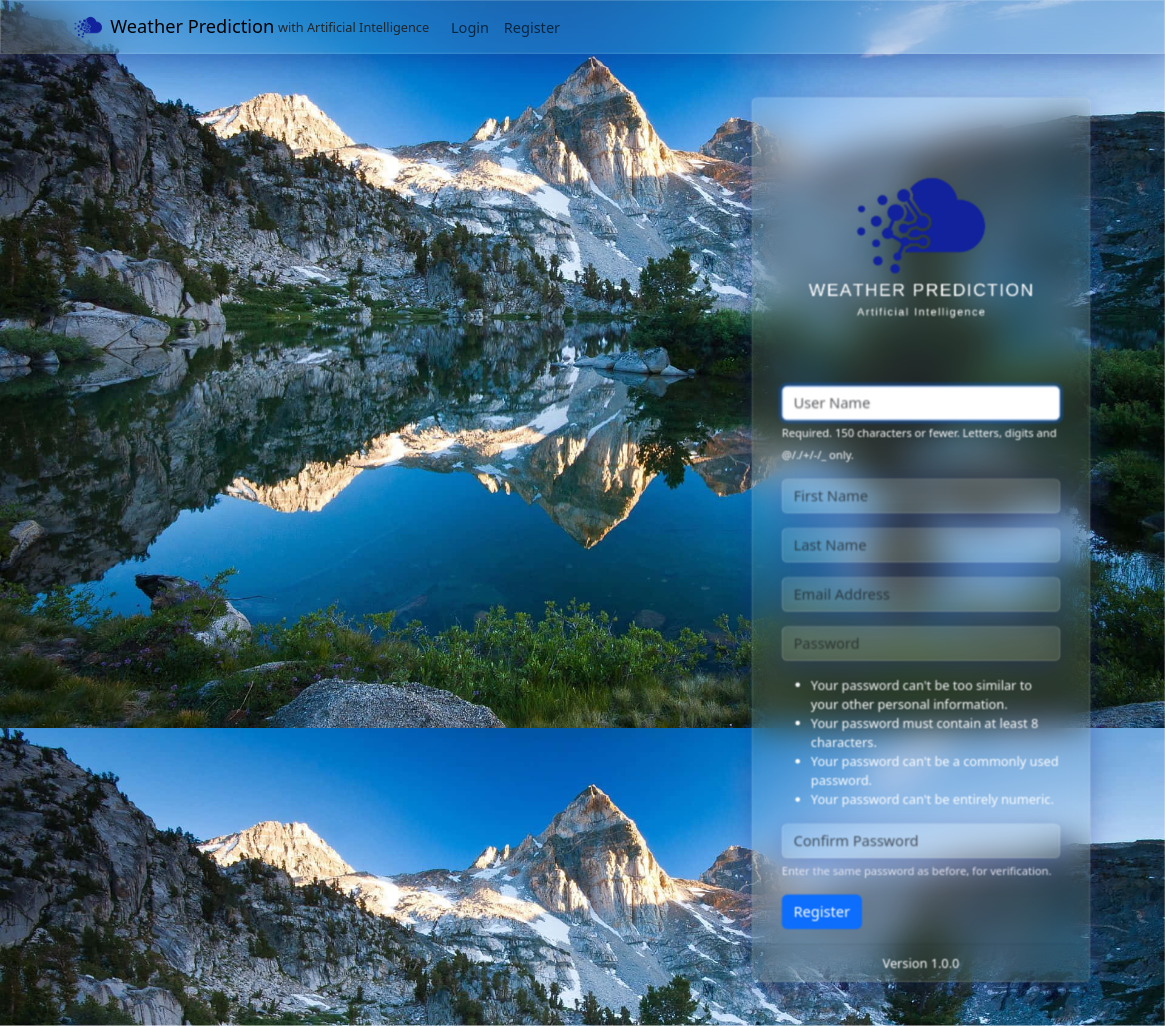
Repository: rustycoder/weather_prediction
Page: http://localhost/weather_admin/register
An editor plug-in stored every save of this project. The page is shown before and after the next save, followed by the edit.
The browser window is 1280 px wide. The pictures show the whole page, at 91% of full size.
Backgrounds fixed to the window are drawn as part of the page. The page is served by the project's application, run on Django 5.2 (manage.py). Other server files are loaded and not shown.

Above is the page before, as saved 2025-03-03 19:57:10.

### weather_admin/templates/register.html
{% extends 'base.html' %}
{% load static %}
{% block content %}
<div class="col-md-4 offset-md-8">
    <div class="card my-5 glass">
        <div class="card-body">
            <div class="col-md-12 px-3">
                <img src="{% static 'images/logo_full_white.png' %}" class="rounded mx-auto d-block" width="300"
                    alt="Weather Prediction Logo">

                <form method="POST" action="">
                    {% csrf_token %}
                    {% if form.errors %}
                    <div class="alert alert-warning alert-dismissible fade show" role="alert">
                        Your Form Has Errors
                        {% for field in form %}
                        {% if field.errors %}
                        {{ field.errors }}
                        {% endif %}
                        {% endfor %}
                        <button type="button" class="btn-close" data-bs-dismiss="alert" aria-label="Close"></button>
                    </div>
                    {% endif %}

                    {{ form.as_p }}

                    <button type="submit" class="btn btn-primary">Register</button>
                </form>
            </div>
        </div>
        <div class="card-footer text-body-secondary text-center">
            <small class="text-white">Version 1.0.0</small>
        </div>
    </div>
</div>

{% endblock %}

### weather_admin/templates/base.html
<!doctype html>
<html lang="en">

<head>
    <meta charset="utf-8">
    <meta name="viewport" content="width=device-width, initial-scale=1">
    <title>Weather Prediction</title>
    <link href="https://cdn.jsdelivr.net/npm/bootstrap@5.3.3/dist/css/bootstrap.min.css" rel="stylesheet"
        integrity="sha384-QWTKZyjpPEjISv5WaRU9OFeRpok6YctnYmDr5pNlyT2bRjXh0JMhjY6hW+ALEwIH" crossorigin="anonymous">
    {% load static %}
    <link rel="stylesheet" href="{% static 'css/style.css' %}" type="text/css">
    <link rel="icon" href="{% static 'images/logo_fav.ico' %}" type="image/x-icon">
</head>

<body class="beautiful_bg">
    {% include 'navbar.html' %}
    <div class="container">
        {% if messages %}
        {% for message in messages %}
        <div class="alert alert-warning alert-dismissible fade show mt-5" role="alert">
            <strong>Hey!</strong> {{message}}
            <button type="button" class="btn-close" data-bs-dismiss="alert" aria-label="Close"></button>
        </div>
        {% endfor %}
        {% endif %}
        {% block content %}
        {% endblock %}
    </div>
    <script src="https://cdn.jsdelivr.net/npm/bootstrap@5.3.3/dist/js/bootstrap.bundle.min.js"
        integrity="sha384-YvpcrYf0tY3lHB60NNkmXc5s9fDVZLESaAA55NDzOxhy9GkcIdslK1eN7N6jIeHz"
        crossorigin="anonymous"></script>
</body>

</html>

### weather_admin/templates/navbar.html
{% load static %}
<nav class="navbar navbar-expand-lg sticky-top glass">
    <div class="container">
        <a class="navbar-brand me-1" href="{% url 'weather_admin_dashboard' %}">
            <img src="{% static 'images/logo.png' %}" alt="Weather Prediction Logo" height="30"
                class="d-inline-block align-text-top me-1">
            Weather Prediction
        </a>
        <small class="fw-lighter mb-0 me-3 align-bottom">with Artificial Intelligence</small>
        <button class="navbar-toggler" type="button" data-bs-toggle="collapse" data-bs-target="#navbarSupportedContent"
            aria-controls="navbarSupportedContent" aria-expanded="false" aria-label="Toggle navigation">
            <span class="navbar-toggler-icon"></span>
        </button>
        <div class="collapse navbar-collapse" id="navbarSupportedContent">
            {% if user.is_authenticated %}
            <ul class="navbar-nav me-auto mb-2 mb-lg-0">
                <li class="nav-item"><a class="nav-link" href="{% url 'weather_admin_dashboard' %}">Dashboard</a></li>
                <li class="nav-item dropdown">
                    <a class="nav-link dropdown-toggle" href="#" role="button" data-bs-toggle="dropdown"
                        aria-expanded="false">
                        Weather
                    </a>
                    <ul class="dropdown-menu">
                        <li><a class="dropdown-item" href="{% url 'weather_admin_weather_realtime' %}">Realtime</a></li>
                        <li><a class="dropdown-item" href="{% url 'weather_admin_weather_forecast' %}">Forecast</a></li>
                        <li>
                            <hr class="dropdown-divider">
                        </li>
                        <li><a class="dropdown-item" href="{% url 'weather_admin_weather_prediction' %}">Prediction</a>
                        </li>
                    </ul>
                </li>
                <li class="nav-item dropdown">
                    <a class="nav-link dropdown-toggle" href="#" role="button" data-bs-toggle="dropdown"
                        aria-expanded="false">
                        Air Pollution
                    </a>
                    <ul class="dropdown-menu">
                        <li><a class="dropdown-item"
                                href="{% url 'weather_admin_air_pollution_realtime' %}">Realtime</a></li>
                        <li><a class="dropdown-item"
                                href="{% url 'weather_admin_air_pollution_forecast' %}">Forecast</a></li>
                    </ul>
                </li>
                <li class="nav-item"><a class="nav-link" href="{% url 'weather_admin_profile' %}">Profile</a></li>
                <li class="nav-item"><a class="nav-link" href="{% url 'weather_admin_logout' %}">Logout</a></li>
            </ul>
            <form class="d-flex" role="search" method="POST" , action="{% url 'weather_admin_search' %}">
                {% csrf_token %}
                <input class="form-control me-2" type="search" placeholder="City, State" aria-label="Search"
                    name="location">
                <button class="btn btn-outline-success" type="submit">Search</button>
            </form>
            {% else %}
            <ul class="navbar-nav me-auto mb-2 mb-lg-0">
                <li class="nav-item"><a class="nav-link" href="{% url 'weather_admin_login' %}">Login</a></li>
                <li class="nav-item"><a class="nav-link" href="{% url 'weather_admin_register' %}">Register</a></li>
            </ul>
            {% endif %}
        </div>
    </div>
</nav>

### weather_admin/forms.py
from django.contrib.auth.forms import UserCreationForm
from django.contrib.auth.models import User
from weather_admin.models import Profile
from django.forms import ModelForm
from django import forms


class SignUpForm(UserCreationForm):

	email = forms.EmailField(label="", widget=forms.TextInput(attrs={'class':'form-control glass', 'placeholder':'Email Address'}))
	first_name = forms.CharField(label="", max_length=100, widget=forms.TextInput(attrs={'class':'form-control glass', 'placeholder':'First Name'}))
	last_name = forms.CharField(label="", max_length=100, widget=forms.TextInput(attrs={'class':'form-control glass', 'placeholder':'Last Name'}))


	class Meta:
		model = User
		fields = ('username', 'first_name', 'last_name', 'email', 'password1', 'password2')


	def __init__(self, *args, **kwargs):
		super(SignUpForm, self).__init__(*args, **kwargs)

		self.fields['username'].widget.attrs['class'] = 'form-control glass'
		self.fields['username'].widget.attrs['placeholder'] = 'User Name'
		self.fields['username'].label = ''
		self.fields['username'].help_text = '<span class="form-text text-muted"><small class="text-white">Required. 150 characters or fewer. Letters, digits and @/./+/-/_ only.</small></span>'

		self.fields['password1'].widget.attrs['class'] = 'form-control glass'
		self.fields['password1'].widget.attrs['placeholder'] = 'Password'
		self.fields['password1'].label = ''
		self.fields['password1'].help_text = '<ul class="form-text text-muted small"><li class="text-white">Your password can\'t be too similar to your other personal information.</li><li class="text-white">Your password must contain at least 8 characters.</li><li class="text-white">Your password can\'t be a commonly used password.</li><li class="text-white">Your password can\'t be entirely numeric.</li></ul>'

		self.fields['password2'].widget.attrs['class'] = 'form-control glass'
		self.fields['password2'].widget.attrs['placeholder'] = 'Confirm Password'
		self.fields['password2'].label = ''
		self.fields['password2'].help_text = '<span class="form-text text-muted"><small class="text-white">Enter the same password as before, for verification.</small></span>'

class ProfileForm(ModelForm):

	phone = forms.CharField(label="", min_length=10, max_length=10, widget=forms.TextInput(attrs={'class':'form-control', 'placeholder':'Phone'}), help_text='<span class="form-text text-muted"><small>Phone number should be 10 digit.</small></span>')
	address = forms.CharField(label="", max_length=100, widget=forms.TextInput(attrs={'class':'form-control', 'placeholder':'Address'}))
	city = forms.CharField(label="", max_length=50, widget=forms.TextInput(attrs={'class':'form-control', 'placeholder':'City'}))
	state = forms.CharField(label="", max_length=50, widget=forms.TextInput(attrs={'class':'form-control', 'placeholder':'State'}))
	zipcode = forms.CharField(label="", max_length=10, widget=forms.TextInput(attrs={'class':'form-control', 'placeholder':'Zipcode'}))

	class Meta:
		model = Profile
		fields = ["phone", "address", "city", "state", "zipcode"]

	def __init__(self, *args, **kwargs):
		super(ProfileForm, self).__init__(*args, **kwargs)

	def clean_phone(self):
		phone = self.cleaned_data['phone']
		if not phone.isdigit():
			raise forms.ValidationError("Phone number must be only digits.")
		if len(phone) != 10:
			raise forms.ValidationError("Phone number must be 10 digits.")
		return phone

	def clean_zipcode(self):
		zipcode = self.cleaned_data['zipcode']
		if not zipcode.isdigit():
			raise forms.ValidationError("Zipcode must contain only digits.")
		return zipcode

### weather_prediction/urls.py
"""
URL configuration for weather_prediction project.

The `urlpatterns` list routes URLs to views. For more information please see:
    https://docs.djangoproject.com/en/5.1/topics/http/urls/
Examples:
Function views
    1. Add an import:  from my_app import views
    2. Add a URL to urlpatterns:  path('', views.home, name='home')
Class-based views
    1. Add an import:  from other_app.views import Home
    2. Add a URL to urlpatterns:  path('', Home.as_view(), name='home')
Including another URLconf
    1. Import the include() function: from django.urls import include, path
    2. Add a URL to urlpatterns:  path('blog/', include('blog.urls'))
"""
from django.contrib import admin
from django.urls import path, include

urlpatterns = [
    path('admin/', admin.site.urls),
    path('weather_admin/', include('weather_admin.urls')),
]

### weather_admin/urls.py
from django.urls import path
from . import views

urlpatterns = [
    path('', views.admin_dashboard, name='weather_admin_dashboard'),
    path('search', views.admin_search, name='weather_admin_search'),
    path('login', views.admin_login, name='weather_admin_login'),
    path('register', views.admin_register, name='weather_admin_register'),
    path('logout', views.admin_logout, name='weather_admin_logout'),
    path('forgot_password', views.admin_forgot_password, name='weather_admin_forgot_password'),
    path('reset_password', views.admin_reset_password, name='weather_admin_reset_password'),

    path('profile', views.profile, name='weather_admin_profile'),
    path('update_profile', views.profile_update, name='weather_admin_profile_update'),

    path('weather_realtime', views.weather_realtime, name='weather_admin_weather_realtime'),
    path('weather_forecast', views.weather_forecast, name='weather_admin_weather_forecast'),
    path('weather_prediction', views.weather_prediction, name='weather_admin_weather_prediction'),

    path('air_pollution_realtime', views.air_pollution_realtime, name='weather_admin_air_pollution_realtime'),
    path('air_pollution_forecast', views.air_pollution_forecast, name='weather_admin_air_pollution_forecast'),

]

### weather_admin/static/css/style.css
.bd-callout {
    --bs-link-color-rgb: var(--bd-callout-link);
    --bs-code-color: var(--bd-callout-code-color);
    padding: 1.25rem;
    margin-top: 1.25rem;
    margin-bottom: 1.25rem;
    color: var(--bd-callout-color, inherit);
    background-color: var(--bd-callout-bg, var(--bs-gray-100));
    border-left: 0.25rem solid var(--bd-callout-border, var(--bs-gray-300));
}

.bd-callout-info {
    --bd-callout-color: var(--bs-info-text-emphasis);
    --bd-callout-bg: var(--bs-info-bg-subtle);
    --bd-callout-border: var(--bs-info-border-subtle);
}
.bd-callout {
    --bs-link-color-rgb: var(--bd-callout-link);
    --bs-code-color: var(--bd-callout-code-color);
    padding: 1.25rem;
    margin-top: 1.25rem;
    margin-bottom: 1.25rem;
    color: var(--bd-callout-color, inherit);
    background-color: var(--bd-callout-bg, var(--bs-gray-100));
    border-left: 0.25rem solid var(--bd-callout-border, var(--bs-gray-300));
}

.bd-callout-info {
    --bd-callout-color: var(--bs-info-text-emphasis);
    --bd-callout-bg: var(--bs-info-bg-subtle);
    --bd-callout-border: var(--bs-info-border-subtle);
}
.glass {
    background: rgba( 255, 255, 255, 0.1 );
    box-shadow: 0 8px 32px 0 rgba( 31, 38, 135, 0.37 );
    backdrop-filter: blur( 20px );
    -webkit-backdrop-filter: blur( 20px );
    border: 1px solid rgba( 255, 255, 255, 0.18 );
}

.beautiful_bg {
    background-image: url('../images/beautiful_bg.jpg');
    background-repeat: no-repeat;
    background-attachment: fixed;
    background-size: cover;
}

Loaded but not shown: weather_admin/views.py (285 lines, source omitted)

After the next save:
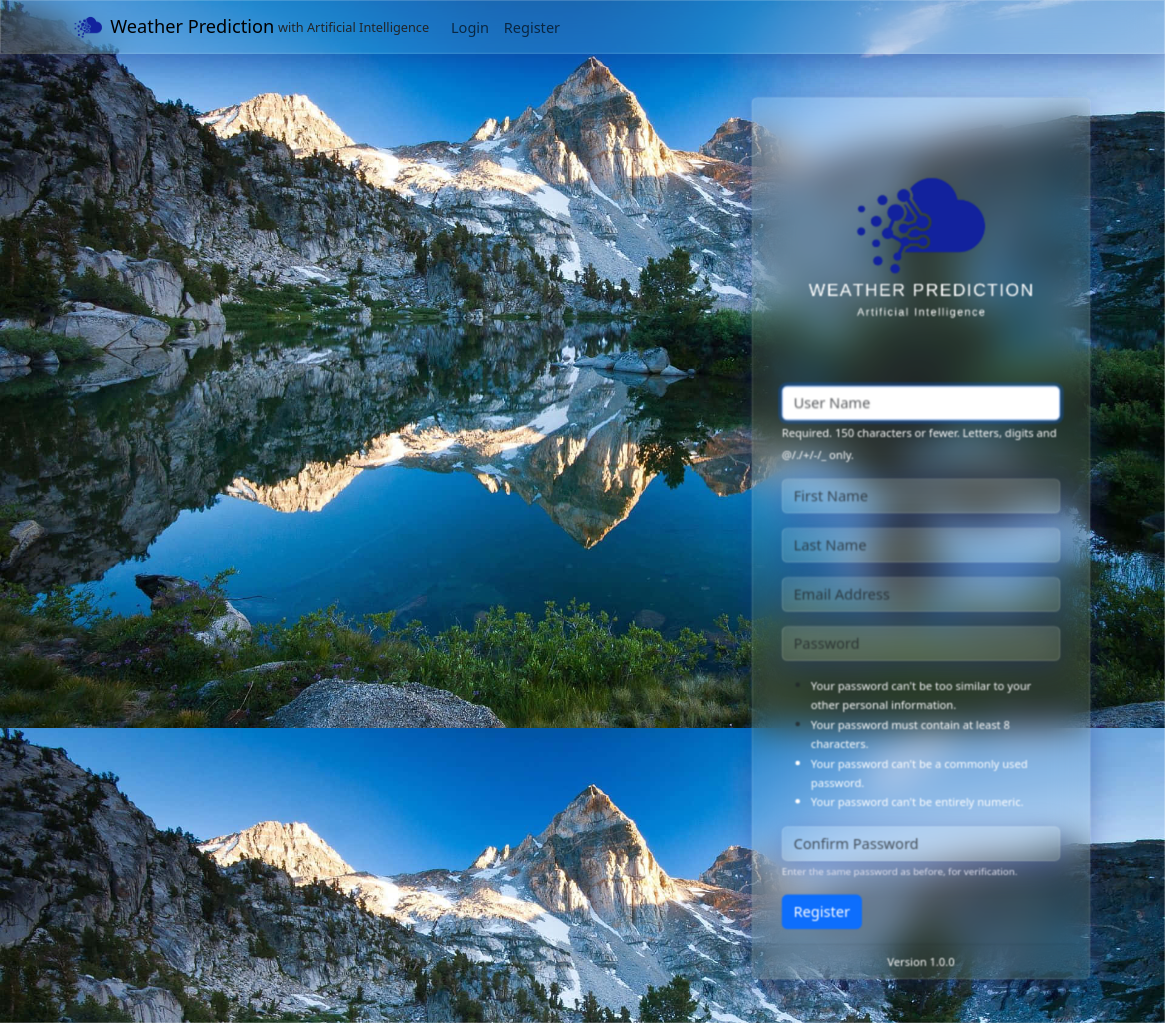
Saved 62 s later.
--- a/weather_admin/forms.py
+++ b/weather_admin/forms.py
@@ -28,7 +28,7 @@
 		self.fields['password1'].widget.attrs['class'] = 'form-control glass'
 		self.fields['password1'].widget.attrs['placeholder'] = 'Password'
 		self.fields['password1'].label = ''
-		self.fields['password1'].help_text = '<ul class="form-text text-muted small"><li class="text-white">Your password can\'t be too similar to your other personal information.</li><li class="text-white">Your password must contain at least 8 characters.</li><li class="text-white">Your password can\'t be a commonly used password.</li><li class="text-white">Your password can\'t be entirely numeric.</li></ul>'
+		self.fields['password1'].help_text = '<ul class="form-text text-muted small"><li><small class="text-white">Your password can\'t be too similar to your other personal information.</small></li><li><small  class="text-white">Your password must contain at least 8 characters.</li><li class="text-white">Your password can\'t be a commonly used password.</li><li class="text-white">Your password can\'t be entirely numeric.</li></ul>'
 
 		self.fields['password2'].widget.attrs['class'] = 'form-control glass'
 		self.fields['password2'].widget.attrs['placeholder'] = 'Confirm Password'
